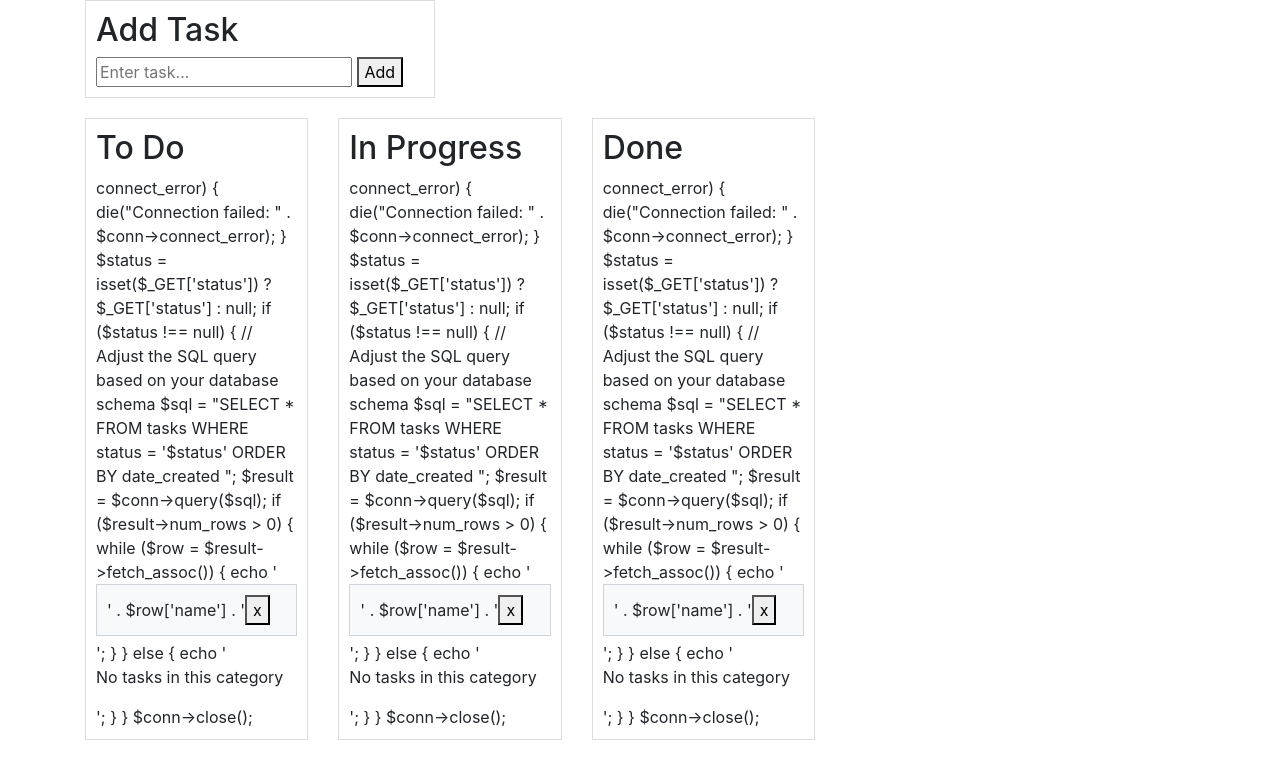
Repository: ZakariaZhlat125/test-rar-it
Page: index.html
An editor plug-in stored every save of this project. The page is shown before and after the next save, followed by the edit.
The browser window is 1280 px wide. The pictures show the whole page.
Some web libraries are served in a nearby version.

Above is the page before, as saved 2024-03-01 22:48:13.

After the next save:
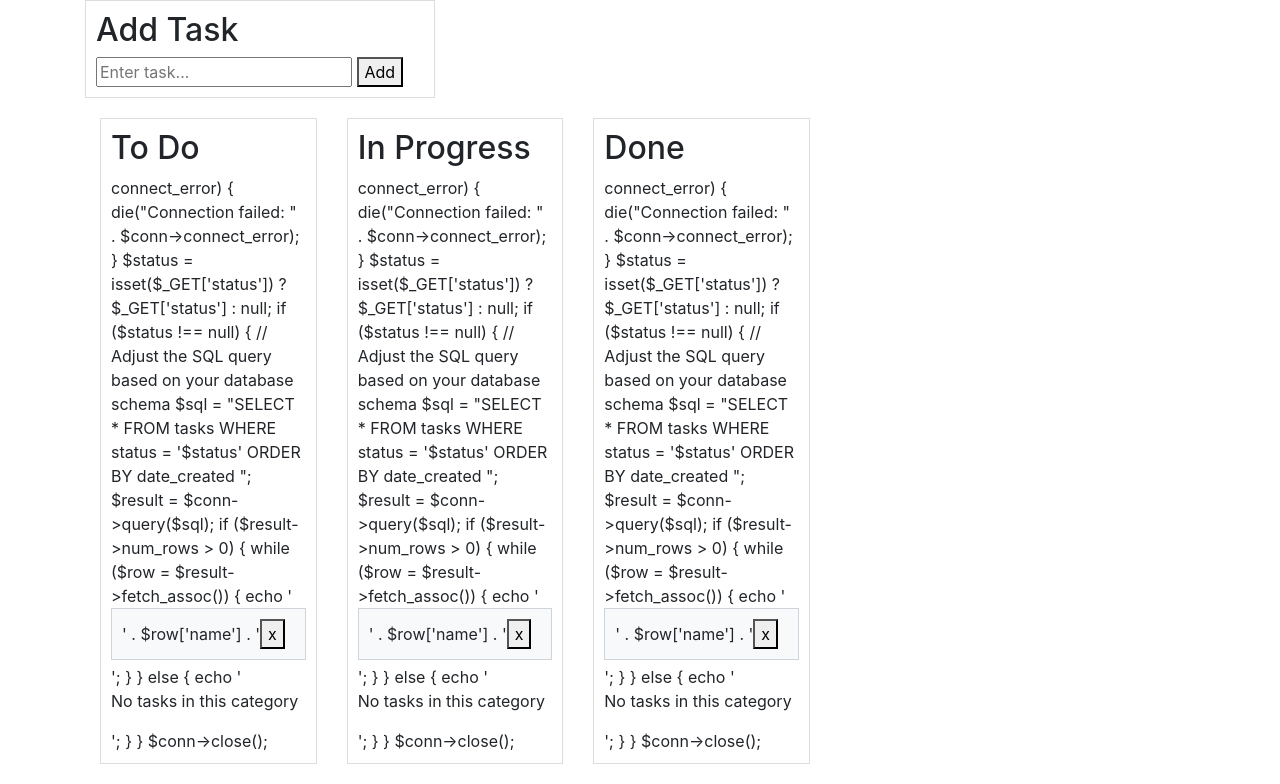
Saved 39 s later.
--- a/index.html
+++ b/index.html
@@ -25,44 +25,44 @@
             <button onclick="addTask()">Add</button>
           </div>
         </div>
-        <div class="bigbox">
-          <div class="col-md-8">
-            <div class="row">
-              <div class="col-md-4">
-                <div
-                  id="todo"
-                  class="task-list"
-                  ondrop="drop(event)"
-                  ondragover="allowDrop(event)"
-                >
-                  <h2>To Do</h2>
-                  <!-- Display tasks from the database -->
-                  <div id="todo-tasks-container"></div>
-                </div>
+      </div>
+      <div class="bigbox">
+        <div class="col-md-8">
+          <div class="row">
+            <div class="col-md-4">
+              <div
+                id="todo"
+                class="task-list"
+                ondrop="drop(event)"
+                ondragover="allowDrop(event)"
+              >
+                <h2>To Do</h2>
+                <!-- Display tasks from the database -->
+                <div id="todo-tasks-container"></div>
               </div>
-              <div class="col-md-4">
-                <div
-                  id="in-progress"
-                  class="task-list"
-                  ondrop="drop(event)"
-                  ondragover="allowDrop(event)"
-                >
-                  <h2>In Progress</h2>
-                  <!-- Display tasks from the database -->
-                  <div id="in-progress-tasks-container"></div>
-                </div>
+            </div>
+            <div class="col-md-4">
+              <div
+                id="in-progress"
+                class="task-list"
+                ondrop="drop(event)"
+                ondragover="allowDrop(event)"
+              >
+                <h2>In Progress</h2>
+                <!-- Display tasks from the database -->
+                <div id="in-progress-tasks-container"></div>
               </div>
-              <div class="col-md-4">
-                <div
-                  id="done"
-                  class="task-list"
-                  ondrop="drop(event)"
-                  ondragover="allowDrop(event)"
-                >
-                  <h2>Done</h2>
-                  <!-- Display tasks from the database -->
-                  <div id="done-tasks-container"></div>
-                </div>
+            </div>
+            <div class="col-md-4">
+              <div
+                id="done"
+                class="task-list"
+                ondrop="drop(event)"
+                ondragover="allowDrop(event)"
+              >
+                <h2>Done</h2>
+                <!-- Display tasks from the database -->
+                <div id="done-tasks-container"></div>
               </div>
             </div>
           </div>
